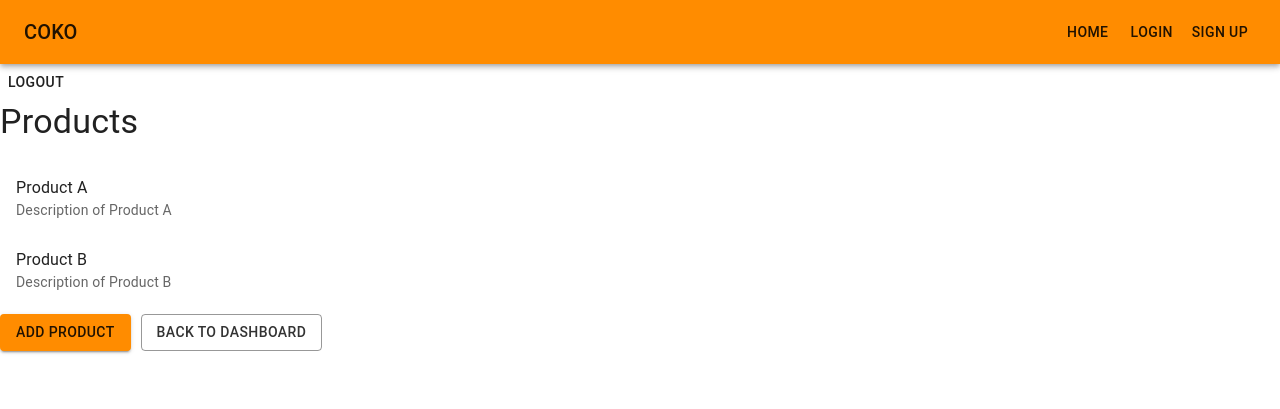
Repository: Jasper-ops698/Coko
Page: /products (app in frontend/)
An editor plug-in stored every save of this project. The page is shown before and after the next save, followed by the edit.
The browser window is 1280 px wide. The pictures show the whole page.
The page's requests for data from a server got no answer. The project was rebuilt for these pictures with package versions that can differ from the ones it lists, and the page was loaded fresh each time. No one was signed in, and anything a server would have sent is missing. Also part of the build but not shown: frontend/webpack.config.js, frontend/src/components/HomePage.js, frontend/src/components/LoginPage.js, frontend/src/components/SignUpPage.js, frontend/src/components/ProtectedRoute.js, frontend/src/components/DashboardPage.js, frontend/src/components/UserProfilePage.js.

Above is the page before, as saved 2024-11-19 11:25:37.

### frontend/src/index.js
import React from 'react';
import ReactDOM from 'react-dom/client';
import App from './App';
import { CssBaseline, ThemeProvider, createTheme } from '@mui/material';
import reportWebVitals from './reportWebVitals';

const theme = createTheme({
  palette: {
    primary: {
      main: '#FF8C00',
    },
    secondary: {
      main: '#333',
    },
  },
});

ReactDOM.createRoot(document.getElementById('root')).render(
  <ThemeProvider theme={theme}>
    <CssBaseline />
    <App />
  </ThemeProvider>
);

// If you want to start measuring performance in your app, pass a function
// to log results (for example: reportWebVitals(console.log))
// or send to an analytics endpoint. Learn more: https://bit.ly/CRA-vitals
reportWebVitals();

### frontend/src/App.js
import React from 'react';
import { BrowserRouter as Router, Route, Routes } from 'react-router-dom';
import HomePage from './components/HomePage';
import LoginPage from './components/LoginPage';
import SignUpPage from './components/SignUpPage';
import NavBar from './components/NavBar';
import ProtectedRoute from './components/ProtectedRoute';
import DashboardPage from './components/DashboardPage';
import ProductListPage from './components/ProductListPage';
import UserProfilePage from './components/UserProfilePage';



function App() {

  return (
    <Router>
      <NavBar />
        {/* Page Routes */}
        <Routes>
          <Route path="/" element={<HomePage />} />
          <Route path="/login" element={<LoginPage />} />
          <Route path="/signup" element={<SignUpPage />} />
          <Route
            path="/dashboard"
            element={
              <ProtectedRoute>
                <DashboardPage />
              </ProtectedRoute>
            }
          />
          <Route
            path="/products"
            element={
                <ProductListPage />
            }
          />
          <Route
            path="/profile"
            element={
                <UserProfilePage />
            }
          />
        </Routes>
    </Router>
  );
}

export default App;

### frontend/src/components/NavBar.js
import React, { useState } from 'react';
import { Link, useLocation } from 'react-router-dom';
import {
  AppBar,
  Toolbar,
  Button,
  Typography,
  Box,
  IconButton,
  Drawer,
  List,
  ListItem,
  ListItemText,
} from '@mui/material';
import MenuIcon from '@mui/icons-material/Menu';
import { useAuthState } from "react-firebase-hooks/auth";
import { auth } from "../auth/firebase";
import { signOut } from "firebase/auth"


function NavBar() {
  const location = useLocation();
  const [drawerOpen, setDrawerOpen] = useState(false);

  const isActive = (path) => location.pathname === path;

  const toggleDrawer = (open) => () => {
    setDrawerOpen(open);
  };

  const [user] = useAuthState(auth);

  const handleLogout = () => {
    signOut(auth)
      .then(() => {
        console.log("User logged out successfully");
      })
      .catch((error) => console.error("Error during logout:", error));
  };

    const navLinks = [
      { label: 'Home', path: '/' },
      { label: 'Login', path: '/login' },
      { label: 'Sign Up', path: '/signup' },
    ];

    if (user) {
      navLinks.push({ lable: "Dashboard", path: "/dashboard" });
    }

    return (
      <>
        <AppBar position="static">
          <Toolbar>
            <Typography variant="h6" sx={{ flexGrow: 1 }}>
              COKO
            </Typography>
            <Box sx={{ display: { xs: 'none', sm: 'block' } }}>
              {navLinks.map((link) => (
                <Button
                  key={link.path}
                  component={Link}
                  to={link.path}
                  color="inherit"
                  sx={{
                    textDecoration: isActive(link.path) ? 'underline' : 'none',
                  }}
                >
                  {link.label}
                </Button>
              ))}
            </Box>
            <IconButton
              edge="start"
              color="inherit"
              aria-label="menu"
              sx={{ display: { xs: 'block', sm: 'none' } }}
              onClick={toggleDrawer(true)}
            >
              <MenuIcon />
            </IconButton>
          </Toolbar>
        </AppBar>

        {/* Drawer for Mobile Navigation */}
        <Drawer anchor="right" open={drawerOpen} onClose={toggleDrawer(false)}>
          <Box sx={{ width: 250 }} role="presentation" onClick={toggleDrawer(false)}>
            <List>
              {navLinks.map((link) => (
                <ListItem button key={link.path} component={Link} to={link.path}>
                  <ListItemText primary={link.label} />
                </ListItem>
              ))}
            </List>
          </Box>
        </Drawer>
        <Button color="inherit" onClick={handleLogout}>
          Logout
        </Button>
      </>
    );
}


export default NavBar;

### frontend/src/components/ProductListPage.js
import React, { useState } from 'react';
import { Typography, Button, List, ListItem, ListItemText } from '@mui/material';
import { useNavigate } from 'react-router-dom';

const ProductListPage = () => {
  const navigate = useNavigate();
  const [products, setProducts] = useState([
    { id: 1, name: 'Product A', description: 'Description of Product A' },
    { id: 2, name: 'Product B', description: 'Description of Product B' },
  ]);

  return (
    <div>
      <Typography variant="h4" gutterBottom>
        Products
      </Typography>
      <List>
        {products.map((product) => (
          <ListItem key={product.id}>
            <ListItemText
              primary={product.name}
              secondary={product.description}
            />
          </ListItem>
        ))}
      </List>
      <Button
        variant="contained"
        color="primary"
        style={{ marginRight: '10px' }}
        onClick={() => alert('Add Product functionality here!')}
      >
        Add Product
      </Button>
      <Button variant="outlined" color="secondary" onClick={() => navigate('/dashboard')}>
        Back to Dashboard
      </Button>
    </div>
  );
};

export default ProductListPage;

### frontend/src/auth/firebase.js
import { initializeApp } from "firebase/app";
import { getAuth } from "firebase/auth";

const firebaseConfig = {
    apiKey: process.env.REACT_APP_API_KEY,
    authDomain: process.env.REACT_APP_AUTH_DOMAIN,
    projectId: process.env.REACT_APP_PROJECT_ID,
    storageBucket: process.env.REACT_APP_STORAGE_BUCKET,
    messagingSenderId: process.env.REACT_APP_SENDER_ID,
    appId: process.env.REACT_APP_APP_ID,
    measurementId: process.env.REACT_APP_MEASUREMENT_ID,
};

// Initialize Firebase
const app = initializeApp(firebaseConfig);

export const auth = getAuth(app);

Loaded but not shown: frontend/public/index.html (common file); frontend/src/reportWebVitals.js (common file)

After the next save:
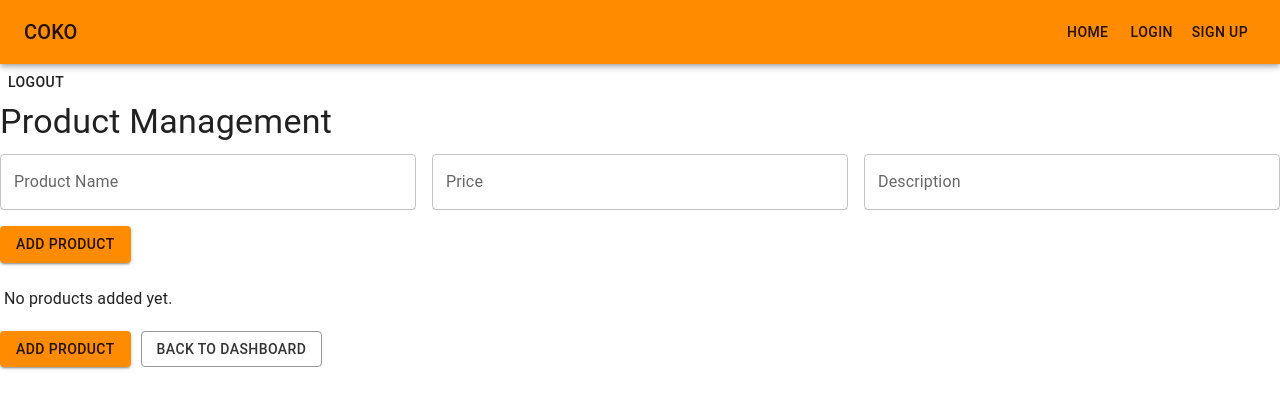
Saved 18 min 59 s later.
--- a/frontend/src/components/ProductListPage.js
+++ b/frontend/src/components/ProductListPage.js
@@ -1,29 +1,103 @@
 import React, { useState } from 'react';
-import { Typography, Button, List, ListItem, ListItemText } from '@mui/material';
+import { Typography, Button, TextField, Grid, Card, CardContent } from '@mui/material';
 import { useNavigate } from 'react-router-dom';
 
 const ProductListPage = () => {
   const navigate = useNavigate();
-  const [products, setProducts] = useState([
-    { id: 1, name: 'Product A', description: 'Description of Product A' },
-    { id: 2, name: 'Product B', description: 'Description of Product B' },
-  ]);
+
+   // State to manage the product list
+   const [products, setProducts] = useState([]);
+
+   // State for the new product form
+  const [newProduct, setNewProduct] = useState({
+    name: '',
+    price: '',
+    description: '',
+  });
+
+  // Function to handle input changes
+  const handleInputChange = (e) => {
+    const { name, value } = e.target;
+    setNewProduct({ ...newProduct, [name]: value });
+  };
+
+  // Function to add a new product
+  const handleAddProduct = () => {
+    if (newProduct.name && newProduct.price && newProduct.description) {
+      setProducts([...products, newProduct]); // Add new product to the list
+      setNewProduct({ name: '', price: '', description: '' }); // Reset form
+    } else {
+      alert('Please fill out all fields');
+    }
+  };
+
+
+
 
   return (
     <div>
       <Typography variant="h4" gutterBottom>
-        Products
+        Product Management
       </Typography>
-      <List>
-        {products.map((product) => (
-          <ListItem key={product.id}>
-            <ListItemText
-              primary={product.name}
-              secondary={product.description}
-            />
-          </ListItem>
-        ))}
-      </List>
+
+      {/* Add Product Form */}
+      <Grid container spacing={2} style={{ marginBottom: '20px' }}>
+        <Grid item xs={12} sm={4}>
+          <TextField
+            fullWidth
+            label="Product Name"
+            name="name"
+            value={newProduct.name}
+            onChange={handleInputChange}
+          />
+        </Grid>
+        <Grid item xs={12} sm={4}>
+          <TextField
+            fullWidth
+            label="Price"
+            name="price"
+            value={newProduct.price}
+            onChange={handleInputChange}
+          />
+        </Grid>
+        <Grid item xs={12} sm={4}>
+          <TextField
+            fullWidth
+            label="Description"
+            name="description"
+            value={newProduct.description}
+            onChange={handleInputChange}
+          />
+        </Grid>
+        <Grid item xs={12}>
+          <Button variant="contained" color="primary" onClick={handleAddProduct}>
+            Add Product
+          </Button>
+        </Grid>
+      </Grid>
+
+      {/* Display Product List */}
+      <Grid container spacing={2}>
+        {products.length > 0 ? (
+          products.map((product, index) => (
+            <Grid item xs={12} sm={6} md={4} key={index}>
+              <Card>
+                <CardContent>
+                  <Typography variant="h6">{product.name}</Typography>
+                  <Typography variant="body1">Price: ${product.price}</Typography>
+                  <Typography variant="body2" color="textSecondary">
+                    {product.description}
+                  </Typography>
+                </CardContent>
+              </Card>
+            </Grid>
+          ))
+        ) : (
+          <Typography variant="body1" style={{ margin: '20px' }}>
+            No products added yet.
+          </Typography>
+        )}
+      </Grid>
       <Button
         variant="contained"
         color="primary"
@@ -39,4 +113,5 @@ const ProductListPage = () => {
   );
 };
 
+
 export default ProductListPage;
